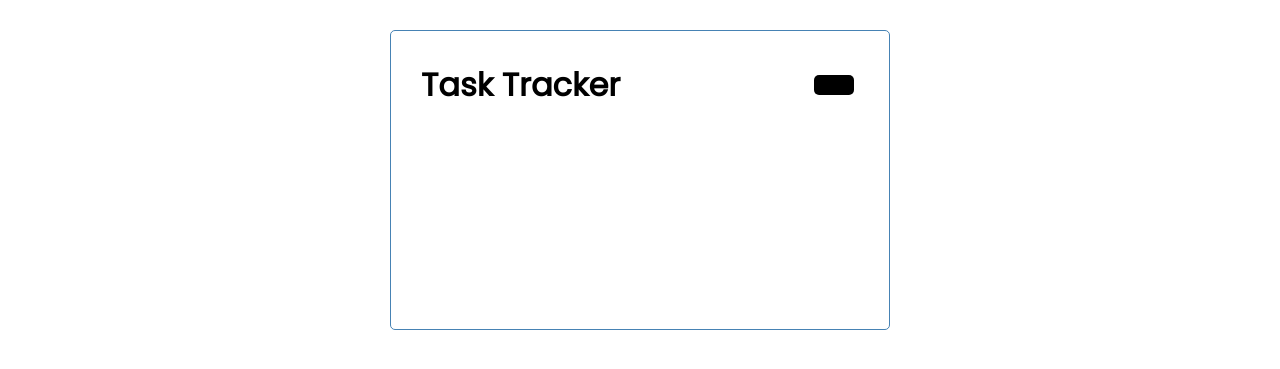
Repository: OdellPurifoy/task-tracker
Page: /
The author's editor kept a copy of each file at every save. The page is drawn from the files as they stood at one save, then again after the next save.
The browser window is 1280 px wide. The pictures show the whole page.
The project was rebuilt for these pictures with package versions that can differ from the ones it lists, and the page was loaded fresh each time.

Above is the page before, as saved 2022-07-26 19:24:25.

After the next save:
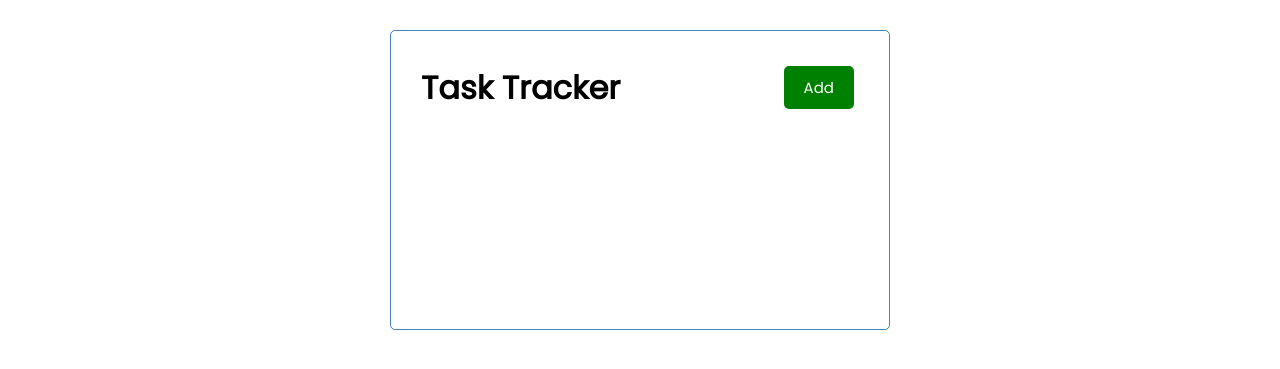
Saved 36 s later.
--- a/src/components/Header.js
+++ b/src/components/Header.js
@@ -5,7 +5,7 @@ const Header = ({ title }) => {
   return (
     <header className='header'>
         <h1>{title}</h1>
-        <Button />
+        <Button color={'green'} text={'Add'}/>
     </header>
   )
 }
